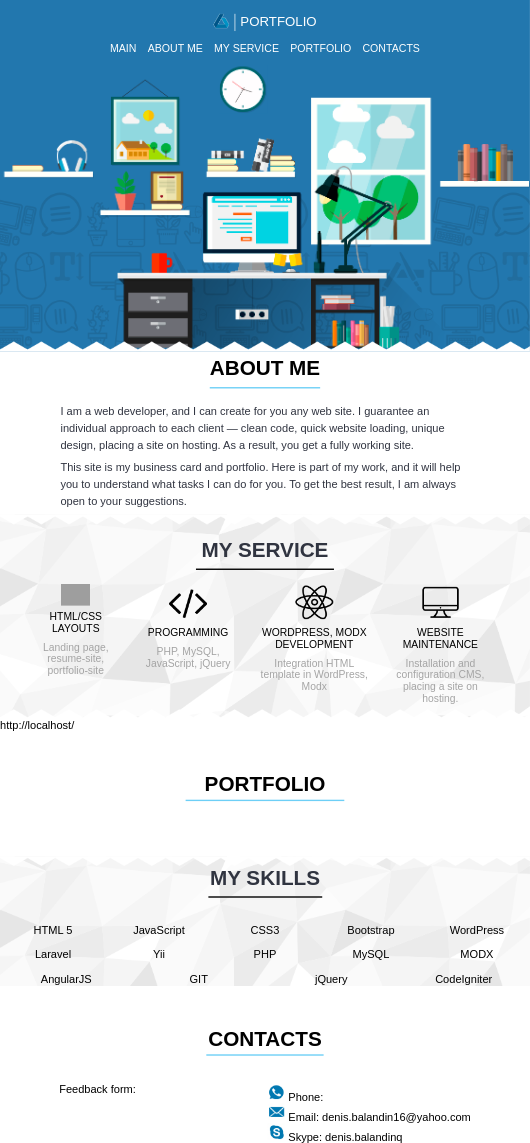
Repository: DenisBalandin/Portfolio
Page: /
An editor plug-in stored every save of this project. The page is shown before and after the next save, followed by the edit.
The browser window is 768 px wide. The pictures show the whole page, at 69% of full size.
Pictures or frames that could not be fetched are drawn as grey boxes. The page's requests for data from a server got no answer. The project was rebuilt for these pictures with package versions that can differ from the ones it lists, and the page was loaded fresh each time. No one was signed in, and anything a server would have sent is missing. Also part of the build but not shown: src/ItemPage.js.

Above is the page before, as saved 2020-03-07 13:06:05.

After the next save:
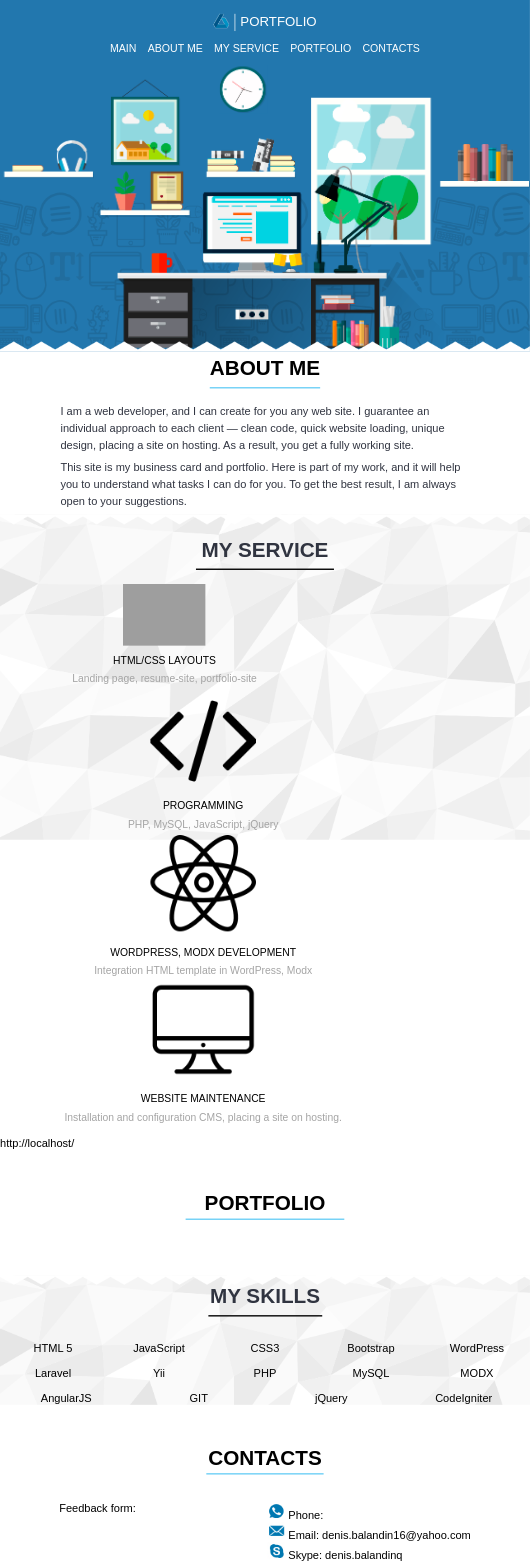
Saved 72 min 14 s later.
--- a/src/style.scss
+++ b/src/style.scss
@@ -437,8 +437,8 @@
     .email_heder{
         display: none
     }
-    #my_service div img {
-        width: 0%;
+    #my_service{
+        flex-wrap: wrap;
     }
 
     #about_me p img {
